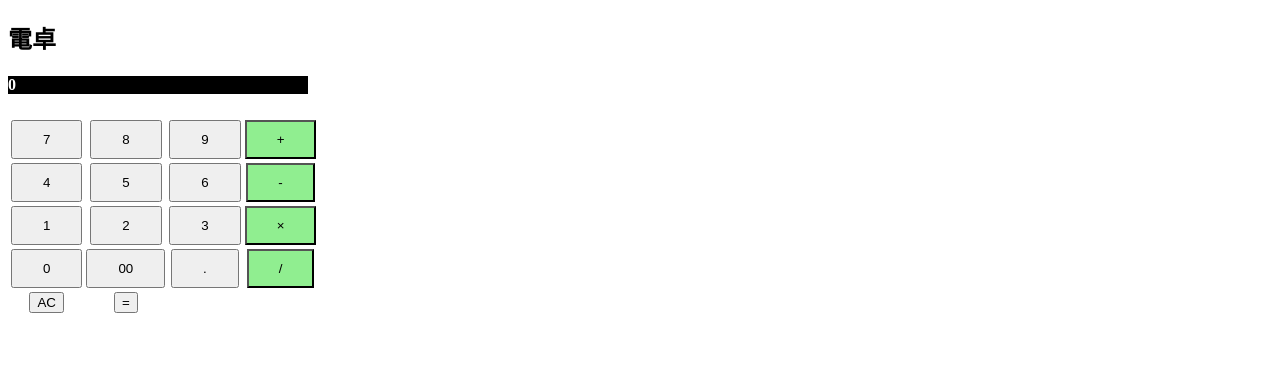
Repository: syokaturyou/potepan
Page: dentaku.html
The author's editor kept a record of every edit. The page is drawn from the files as they stood at one moment, then again after the next edit.
The browser window is 1280 px wide. The pictures show the whole page.

Above is the page before.

### dentaku.html
   <!DOCTYPE html>
    <html lang="en">
      <head>
        <meta charset="utf-8">
        <!--<script src="https://code.jquery.com/jquery-3.2.1.js" integrity="sha256-DZAnKJ/6XZ9si04Hgrsxu/8s717jcIzLy3oi35EouyE=" crossorigin="anonymous"></script>  -->
        <link rel="stylesheet" href="css/main.css">
        <title>電卓</title>
        <script src="javascript/jquery.min.js"></script>
        <script type="text/javascript" src="javascript/main.js" charset="utf-8"></script>
      </head>

      <body>
        <h2>電卓</h2>

          <table>
          <tr>
            <h4 class="target">0</h4>
          </tr>
          <tr>
            <th><input type="button" value="7"></input></th>
            <th><input type="button" value="8"></th>
            <th><input type="button" value="9"></th>
            <th><input type="button" class="plus" value="+"></th>
          </tr>
          <tr>
            <th><input type="button" value="4"></input></th>
            <th><input type="button" value="5"></input></th>
            <th><input type="button" value="6"></input></th>
            <th><input type="button" class="minus" value="-"></th>
          </tr>
          <tr>
            <th><input type="button" value="1"></input></th>
            <th><input type="button" value="2"></input></th>
            <th><input type="button" value="3"></input></th>
            <th><input type="button" class="kakeru" value="×"></th>
          </tr>
          <tr>
            <th><input type="button" value="0"></input></th>
            <th><input type="button" value="00"></input></th>
            <th><input type="button" value="."></input></th>
            <th><input type="button" class="waru" value="/"></th>
          </tr>
          <tr>
            <th><button class="buttonreset">AC</button></th>
            <th><button class="button=">=</button></th>
          </tr>
        </table>

      </body>
    </html>

### css/main.css
table{
  background-color: white;
}

h4{
  width: 300px;
  color: white;
  background-color: black;
}

 input {
  padding: 10px 30px;
}

.plus{
    background-color: lightgreen;
    /*padding: 10px 30px;*/
}

.minus{
    background-color: lightgreen;
    /*padding: 10px 30px;*/
}

.kakeru{
    background-color: lightgreen;
    /*padding: 10px 30px;*/
}

.waru{
    background-color: lightgreen;
    /*padding: 10px 30px;*/
}

.equal{
    background-color: lightblue;
    /*padding: 10px 30px;*/
}

.ac{
    background-color: lightblue;
    /*padding: 10px 30px;*/
}

### javascript/main.js
     $(document).ready(function(){
      $(".button0").click(function() {
      let value = $(".button0").text(); //テキストを取得し変数に入れています
      $(".target").text(value); //テキストを変更する処理
      });

      $(".button1").click(function() {
      let value1 = 1;
      let value = value + value1
      $(".target").text(value);
      });

      $(".button2").click(function() {
      let value2 = 2;
      let value = value + value2
       $(".target").text(value);
      });

      $(".button3").click(function() {
      let value = 3;
       $(".target").text(value);
      });

      $(".button4").click(function() {
      let value = 4;
       $(".target").text(value);
      });

      $(".button5").click(function() {
      let value = $(".button5").number();
       $(".target").number(value);
      });

      $(".button6").click(function() {
      let value = $(".button6").text();
       $(".target").text(value);
      });

      $(".button7").click(function() {
      let value = $(".button7").text();
       $(".target").text(value);
      });

      $(".button8").click(function() {
      let value = $(".button8").text();
       $(".target").text(value);
      });

      $(".button9").click(function() {
      let value = $(".button9").text();
       $(".target").text(value);
      });

      $(".buttonreset").click(function() {
       $(".target").text(0);
      });

  });

Loaded but not shown: javascript/jquery.min.js (library)

After the next edit:
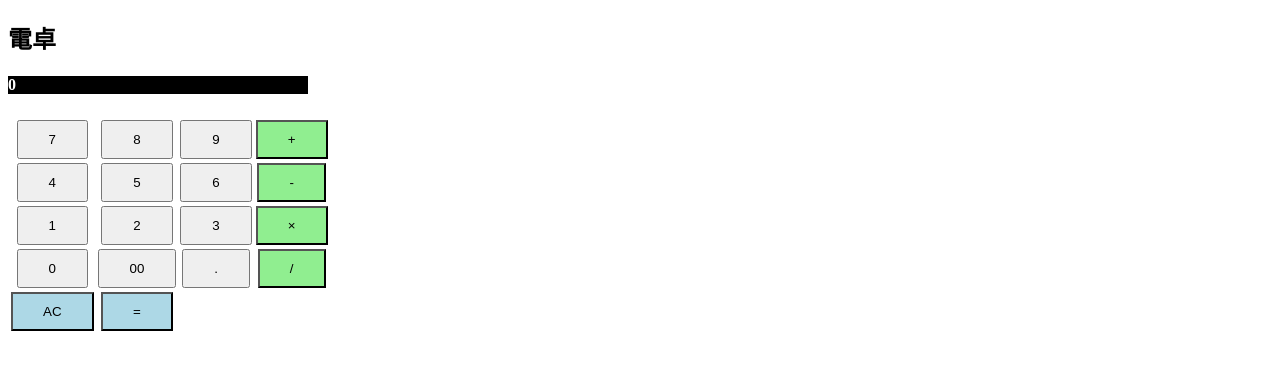
The edit:
--- a/dentaku.html
+++ b/dentaku.html
@@ -41,8 +41,8 @@
             <th><input type="button" class="waru" value="/"></th>
           </tr>
           <tr>
-            <th><button class="buttonreset">AC</button></th>
-            <th><button class="button=">=</button></th>
+            <th><input type="button" class="ac" value="AC"></th>
+            <th><input type="button" class="equal" value="="></th>
           </tr>
         </table>
 
